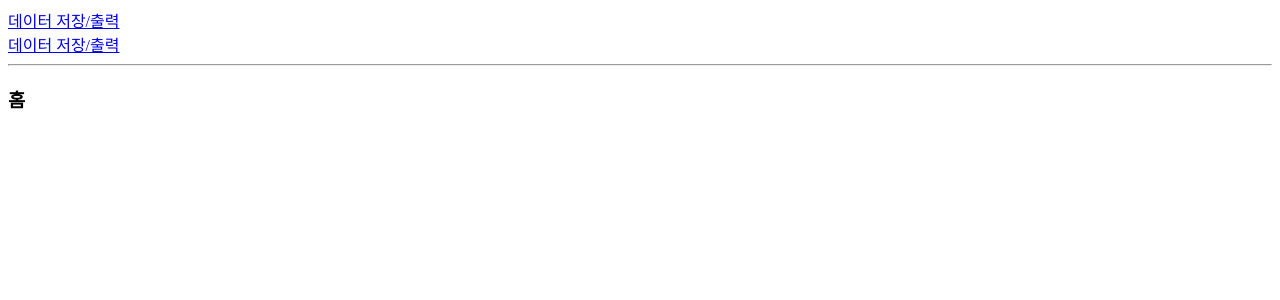
Repository: iwonhee/Servlet
Page: http://localhost/servlet04/
These files come from the project's save history. The page is drawn as it stood at one moment and after the next save; the edit follows.
The browser window is 1280 px wide. The pictures show the whole page.
The page is served by Tomcat 9.

Above is the page before, as saved 2022-11-16 08:46:29.

After the next save:
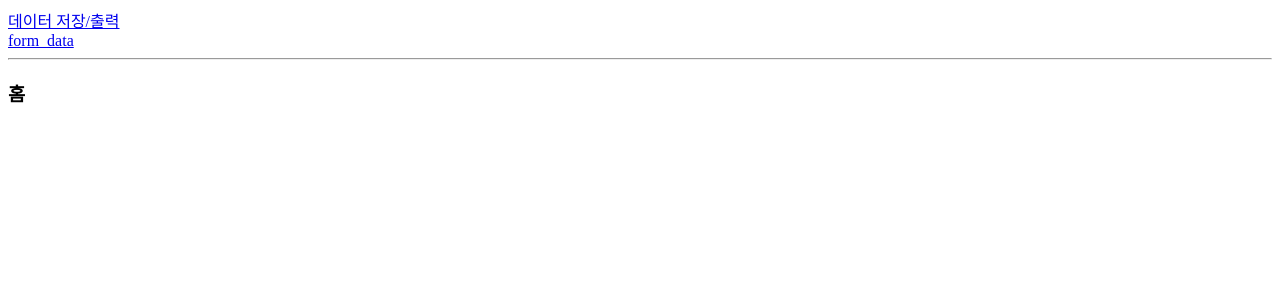
Saved 15 s later.
--- a/servlet04/src/main/webapp/index.jsp
+++ b/servlet04/src/main/webapp/index.jsp
@@ -8,7 +8,7 @@
 </head>
 <body>
 <div><a href="scope/scope_data.jsp">데이터 저장/출력</a></div>
-<div><a href="param/form_data.jsp">데이터 저장/출력</a></div>
+<div><a href="param/form_data.jsp">form_data</a></div>
 <hr>
 <h3>홈</h3>
 </body>
